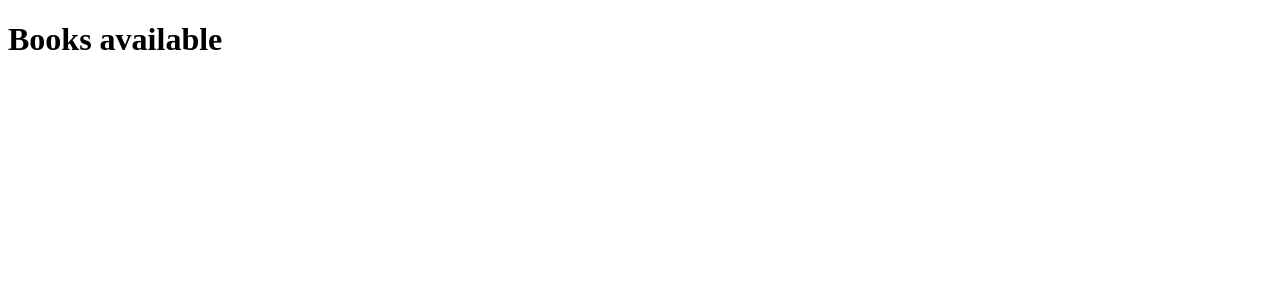
Repository: Afrozzzz/java-training
Page: shop/src/main/resources/static/books.html
An editor plug-in stored every save of this project. The page is shown before and after the next save, followed by the edit.
The browser window is 1280 px wide. The pictures show the whole page.
The page's requests for data from a server got no answer.

Above is the page before, as saved 2025-03-03 05:34:15.

### shop/src/main/resources/static/books.html
<!DOCTYPE html>
<html lang="en">
<head>
<meta charset="UTF-8">
<meta name="viewport" content="width=device-width, initial-scale=1.0">
<title>Books</title>
</head>
<body>
<h1>Books available</h1>
<ul id="bookList"></ul>
<script>

        fetch('/api/books')

            .then(response => response.json())

            .then(data => {

                const list = document.getElementById('bookList');

                data.forEach(book => {

                    const li = document.createElement('li');

                    li.textContent = `${book.title} having price $${book.price} with author id ${book.authorId}`;

                    list.appendChild(li);

                });

            })

            .catch(error => console.error('Error fetching books data:', error));
</script>
</body>
</html>

After the next save:
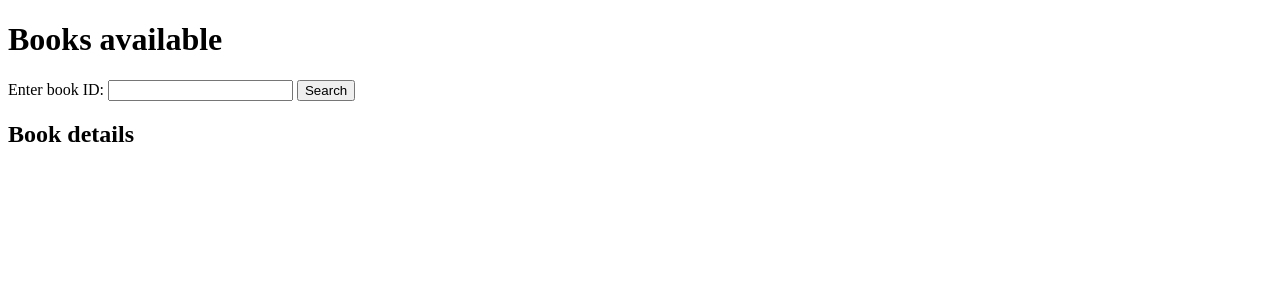
Saved 29 min 59 s later.
--- a/shop/src/main/resources/static/books.html
+++ b/shop/src/main/resources/static/books.html
@@ -1,36 +1,60 @@
 <!DOCTYPE html>
 <html lang="en">
 <head>
-<meta charset="UTF-8">
-<meta name="viewport" content="width=device-width, initial-scale=1.0">
-<title>Books</title>
+    <meta charset="UTF-8">
+    <meta name="viewport" content="width=device-width, initial-scale=1.0">
+    <title>Books</title>
 </head>
 <body>
-<h1>Books available</h1>
-<ul id="bookList"></ul>
-<script>
+    <h1>Books available</h1>
+    <ul id="bookList"></ul>
 
+    <label for="bookId">Enter book ID:</label>
+    <input type="number" id="bookId" name="bookId">
+    <button id="searchButton">Search</button>
+
+    <h2>Book details</h2>
+    <p id="bookDetails"></p>
+
+    <script>
+        // Fetch all books and display them in a list
         fetch('/api/books')
+            .then(response => response.json())
+            .then(data => {
+                const list = document.getElementById('bookList');
+                data.forEach(book => {
+                    const li = document.createElement('li');
+                    li.textContent = `${book.title} having price $${book.price} with author ID ${book.authorId}`;
+                    list.appendChild(li);
+                });
+            })
+            .catch(error => console.error('Error fetching books data:', error));
 
-            .then(response => response.json())
+        // Function to fetch book by ID and display its details
+        function fetchBookById() {
+            const bookId = document.getElementById("bookId").value;
+            if (!bookId) {
+                alert("Please enter a book ID");
+                return;
+            }
+            fetch(`/api/books/${bookId}`)
+                .then(response => {
+                    if (!response.ok) {
+                        throw new Error("Book not found");
+                    }
+                    return response.json();
+                })
+                .then(book => {
+                    document.getElementById("bookDetails").textContent =
+                        `Title: ${book.title} || Price: $${book.price} || Author ID: ${book.authorId}`;
+                })
+                .catch(error => {
+                    document.getElementById("bookDetails").textContent = "Book not found";
+                });
+        }
 
-            .then(data => {
-
-                const list = document.getElementById('bookList');
-
-                data.forEach(book => {
-
-                    const li = document.createElement('li');
-
-                    li.textContent = `${book.title} having price $${book.price} with author id ${book.authorId}`;
-
-                    list.appendChild(li);
-
-                });
-
-            })
-
-            .catch(error => console.error('Error fetching books data:', error));
-</script>
+        // Add event listener to the search button
+        document.getElementById("searchButton").addEventListener("click", fetchBookById);
+    </script>
 </body>
 </html>
